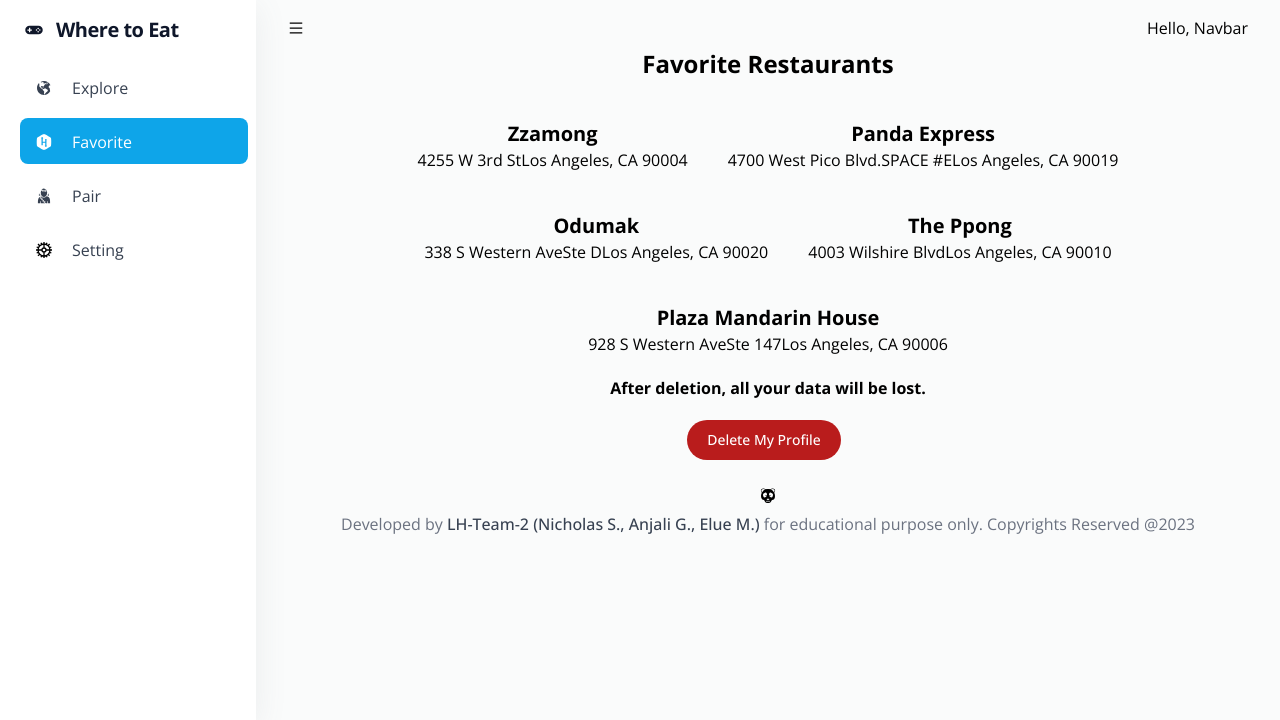
Repository: n-shen/where-to-eat
Page: /favorite (app in client/)
An editor plug-in stored every save of this project. The page is shown before and after the next save, followed by the edit.
The browser window is 1280 px wide. The pictures show the whole page.
The page's requests for data from a server got no answer. The project was rebuilt for these pictures with package versions that can differ from the ones it lists, and the page was loaded fresh each time. No one was signed in, and anything a server would have sent is missing. Also part of the build but not shown: client/src/data/cities.js, client/src/components/SearchForm.jsx, client/src/components/SearchResult.jsx, client/src/components/room.jsx, client/src/components/Room/Chat.jsx, client/src/components/Room/Selection.jsx, client/src/components/Room/Intro.jsx, client/src/components/Room/Game.jsx and 5 more.

Above is the page before, as saved 2023-05-05 19:52:21.

After the next save:
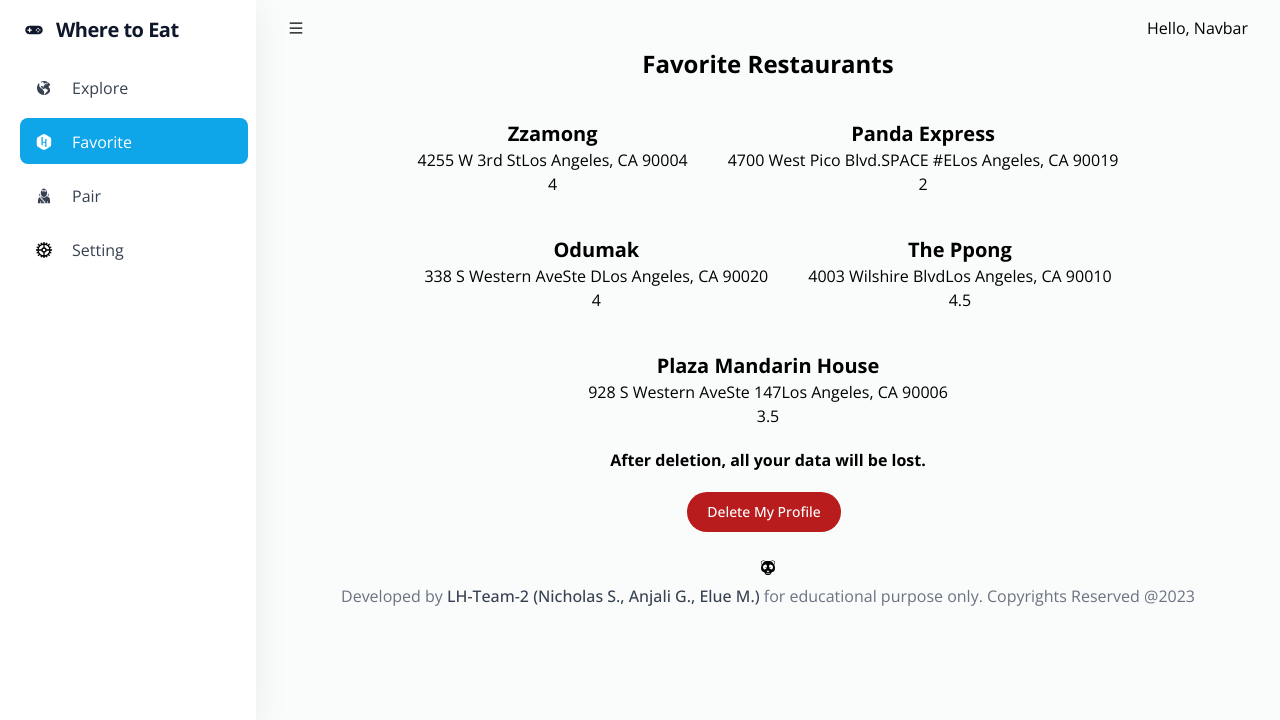
Saved 37 s later.
--- a/client/src/pages/Favorite.jsx
+++ b/client/src/pages/Favorite.jsx
@@ -10,6 +10,7 @@
     image:
       "https://s3-media2.fl.yelpcdn.com/bphoto/6AUVIwPCv8wCZ9FYeCfocw/o.jpg",
     address: ["4255 W 3rd St", "Los Angeles, CA 90004"],
+    rating: "4",
   },
   {
     id: 2,
@@ -90,6 +91,7 @@
               {restaurant.name}
             </h2>
             <p>{restaurant.address}</p>
+            <p>{restaurant.rating}</p>
           </li>
         ))}
       </ul>
